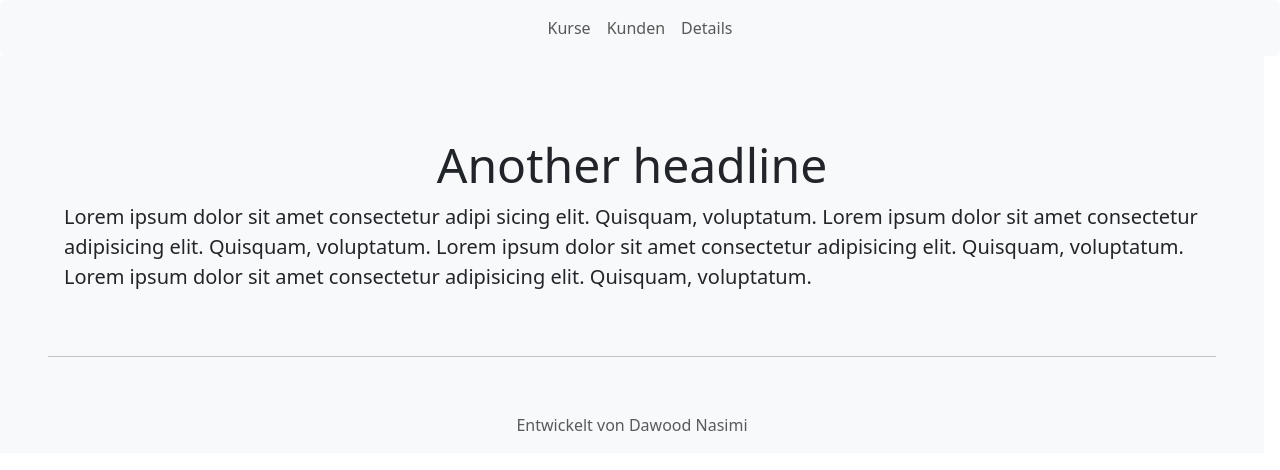
Repository: Dawoodnasimi/kurse
Page: templates/details/index.html.twig
The author's editor kept a copy of each file at every save. The page is drawn from the files as they stood at one save, then again after the next save.
The browser window is 1280 px wide. The pictures show the whole page.
The page is a Twig template of a Symfony application; nobody is signed in and links lead nowhere. Other server files are loaded and not shown. The template is opened directly, without the code that normally fills it, so the values that code supplies are empty.

Above is the page before, as saved 2023-10-29 10:36:46.

### templates/details/index.html.twig
{% extends 'base.html.twig' %}

{% block title %}Hello DetailsController!
{% endblock %}

{% block body %}
	<div class="bg-body-tertiary me-md-3 pt-3 px-3 pt-md-5 px-md-5 text-center overflow-hidden">
		<div class="my-3 p-3">
			<h2 class="display-5 text-center">Another headline</h2>
			<p class="lead" style='text-align:left;'>Lorem ipsum dolor sit amet consectetur adipi sicing elit. Quisquam, voluptatum. Lorem ipsum dolor sit amet consectetur adipisicing elit. Quisquam, voluptatum. Lorem ipsum dolor sit amet consectetur adipisicing elit. Quisquam, voluptatum. Lorem ipsum dolor sit amet consectetur adipisicing elit. Quisquam, voluptatum.</p>
		</div>

		{# NEW Section #}

		<div class='container'>
				<div class="row">
					{% for kurs in kurse %}
					<div class="col-sm-6 mb-3">
						<div class="card">
							<div class="card-body">
								<h5 class="card-title">{{ kurs.name }}</h5>
								<p class="card-text">{{ kurs.info }}</p>
								<a href="#" class="btn btn-primary">Go somewhere</a>
							</div>
						</div>
					</div>
					{% endfor %}
				</div>
		</div>

		{# NEW Section END #}

		<hr>

		<div class='container'>
			<div class="row">
			{% for kunde in kunden %}
			<div class="col-sm-6 mb-3">
						<div class="card">
							<div class="card-body">
								<h5 class="card-title">{{ kunde.name }}</h5>
								<p class="card-text">{{ kunde.anschrift  }}</p>
								<input type='date' class='form-control' value='{{ kunde.begin|date('Y-m-d') }}'>
								<input type='date' class='form-control' value='{{ kunde.ende|date('Y-m-d') }}'>
								<a href="#" class="btn btn-primary">Go somewhere</a>
							</div>
						</div>
					</div>

		{% endfor %}

	</div>

	<br>
{% endblock %}

### templates/base.html.twig
<!DOCTYPE html>
<html>
	<head>
		<meta charset="UTF-8">
		<title>
			{% block title %}
			Kurse
			{% endblock %}
		</title>

		{% block stylesheets %}
		{{ encore_entry_link_tags('app') }}
		<link href="https://cdn.jsdelivr.net/npm/bootstrap@5.3.2/dist/css/bootstrap.min.css" rel="stylesheet" integrity="sha384-T3c6CoIi6uLrA9TneNEoa7RxnatzjcDSCmG1MXxSR1GAsXEV/Dwwykc2MPK8M2HN" crossorigin="anonymous">
		<link rel="stylesheet" href="https://cdn.jsdelivr.net/npm/bootstrap-icons@1.11.1/font/bootstrap-icons.css">

		{% endblock %}


		{% block javascripts %}
		{{ encore_entry_script_tags('app') }}

		<script src="https://cdn.jsdelivr.net/npm/bootstrap@5.3.2/dist/js/bootstrap.bundle.min.js" integrity="sha384-C6RzsynM9kWDrMNeT87bh95OGNyZPhcTNXj1NW7RuBCsyN/o0jlpcV8Qyq46cDfL" crossorigin="anonymous"></script>

		{% endblock %}

	</head>

	<body>

{% block header %}
    <nav class="navbar navbar-expand-lg bg-body-tertiary rounded" aria-label="Twelfth navbar example">
        <div class="container-fluid">
            <button class="navbar-toggler" type="button" data-bs-toggle="collapse" data-bs-target="#navbars_ziff" aria-controls="navbars_ziff" aria-expanded="false" aria-label="Toggle navigation">
                <span class="navbar-toggler-icon"></span>
            </button>

            <div class="collapse navbar-collapse justify-content-md-center" id="navbars_ziff">
                <ul class="navbar-nav">
                    <li class="nav-item">
                        <a class="nav-link {% if app.request.attributes.get('_route') == 'app_kurse' %}active{% endif %}" aria-current="page" href="{{ path('app_kurse') }}">Kurse</a>
                    </li>
                    <li class="nav-item">
                        <a class="nav-link {% if app.request.attributes.get('_route') == 'app_kunden' %}active{% endif %}" href="{{ path('app_kunden') }}">Kunden</a>
                    </li>
                    <li class="nav-item">
                        <a class="nav-link {% if app.request.attributes.get('_route') == 'app_details' %}active{% endif %}" href="{{ path('app_details') }}">Details</a>
                    </li>
                </ul>
            </div>
        </div>
    </nav>
{% endblock %}

{% block body %}{% endblock %}

{% block footer %}
		<footer class="footer mt-auto py-3 bg-body-tertiary">
			<div class="container">
				<span class="text-muted">Entwickelt von Dawood Nasimi</span>
			</div>
		</footer>

		{# <div class="container-fluid" style="background:whitesmoke">
			<footer class="d-flex justify-content-center py-3">
				<ul class="nav nav-pills">
					<li class="nav-item">
						<a href="{{ path('app_kurse') }}" class="nav-link active" aria-current="page">Home</a>
					</li>
					<li class="nav-item">
						<a href="{{ path('app_kunden') }}" class="nav-link">Features</a>
					</li>
					<li class="nav-item">
						<a href="{{ path('app_details') }}" class="nav-link">Pricing</a>
					</li>

				</ul>
			</footer>
		</div> #}
{% endblock %}

	</body>
</html>

Loaded but not shown: webpack.config.js (common file)

After the next save:
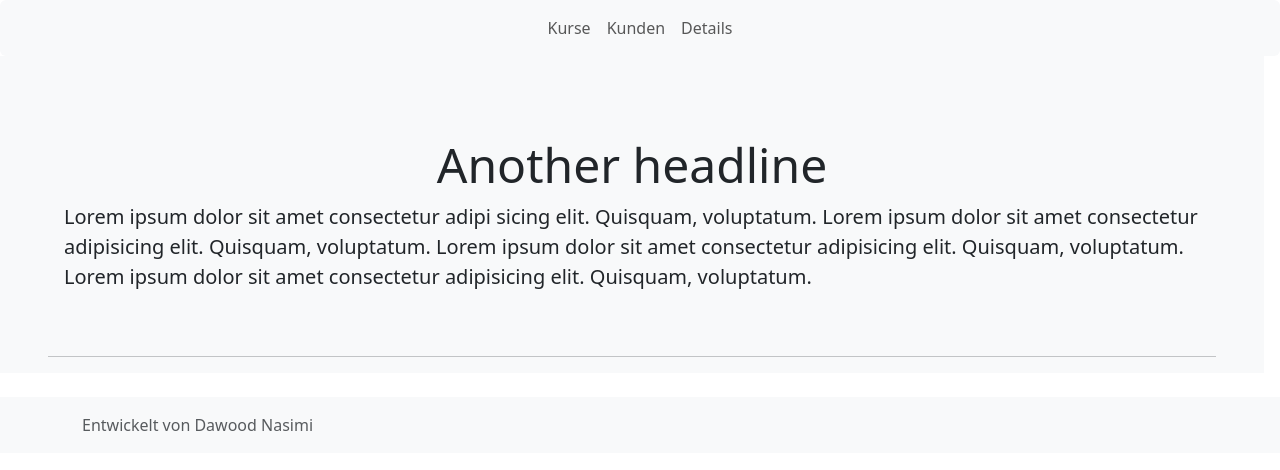
Saved 49 s later.
--- a/templates/details/index.html.twig
+++ b/templates/details/index.html.twig
@@ -37,17 +37,18 @@
 			{% for kunde in kunden %}
 			<div class="col-sm-6 mb-3">
 						<div class="card">
-							<div class="card-body">
+							< class="card-body">
 								<h5 class="card-title">{{ kunde.name }}</h5>
 								<p class="card-text">{{ kunde.anschrift  }}</p>
 								<input type='date' class='form-control' value='{{ kunde.begin|date('Y-m-d') }}'>
 								<input type='date' class='form-control' value='{{ kunde.ende|date('Y-m-d') }}'>
 								<a href="#" class="btn btn-primary">Go somewhere</a>
-							</div>
+						</</div>
 						</div>
 					</div>
-
-		{% endfor %}
+					{% endfor %}
+				</div>
+		</div>
 
 	</div>
 
